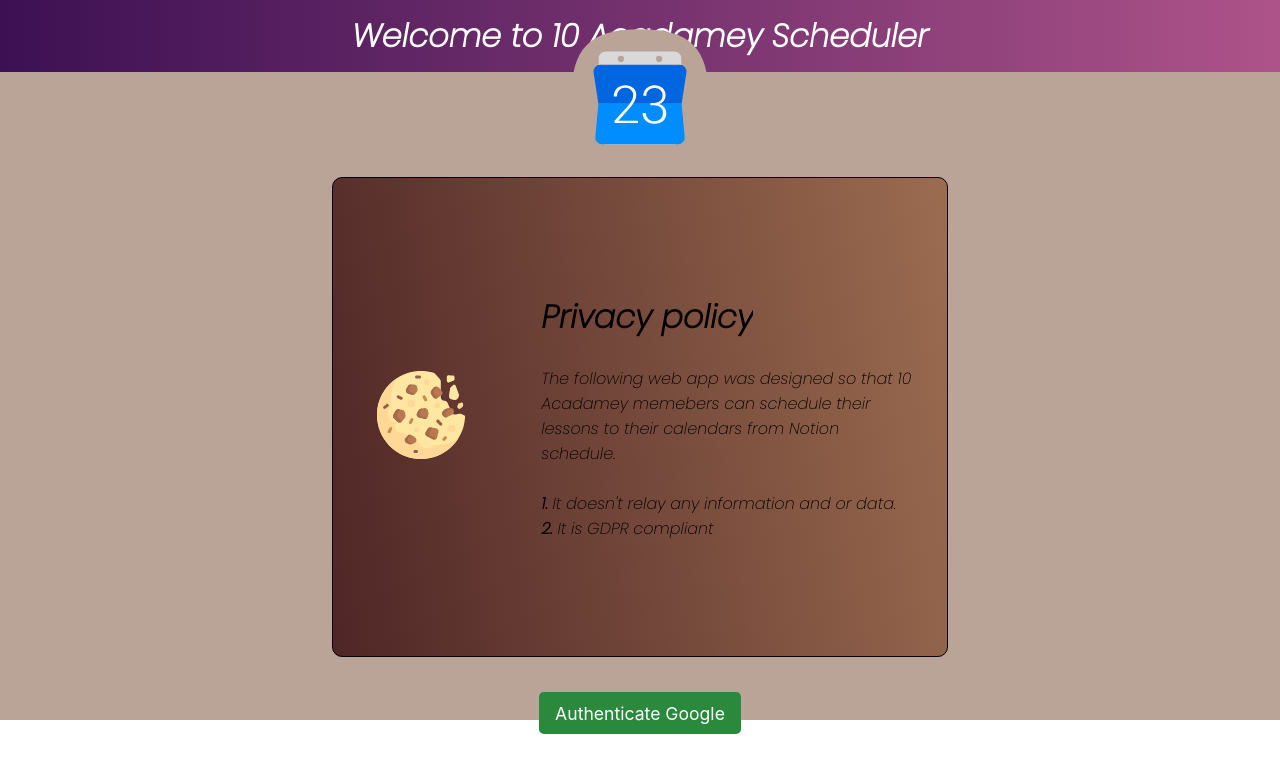
Repository: nebilarega/calendar-extractor
Page: / (app in frontend/)
An editor plug-in stored every save of this project. The page is shown before and after the next save, followed by the edit.
The browser window is 1280 px wide. The pictures show the whole page.
The project was rebuilt for these pictures with package versions that can differ from the ones it lists, and the page was loaded fresh each time.

Above is the page before, as saved 2022-08-25 00:39:49.

After the next save:
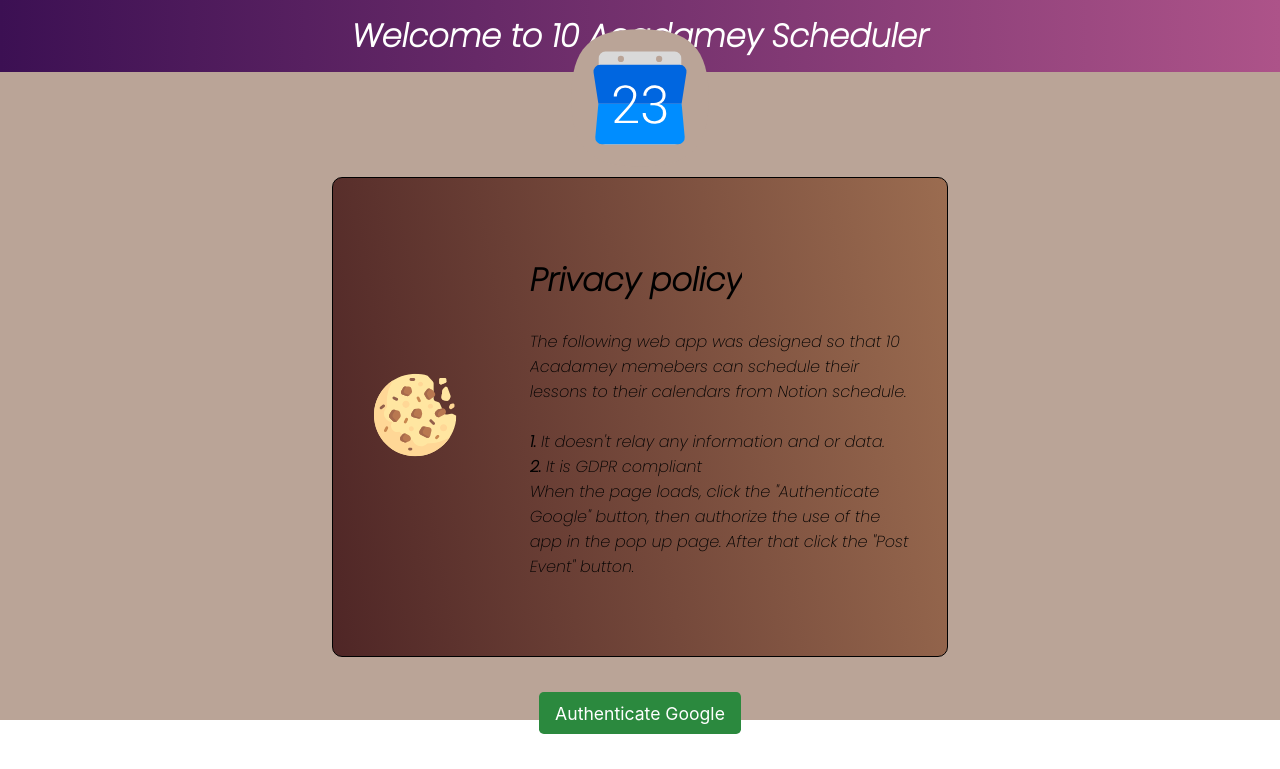
Saved 2 min 58 s later.
--- a/frontend/src/component/LandingPage.js
+++ b/frontend/src/component/LandingPage.js
@@ -264,6 +264,11 @@
               <p>
                 {" "}
                 <b>2. </b> It is GDPR compliant
+              </p>
+              <p>
+                When the page loads, click the "Authenticate Google" button,
+                then authorize the use of the app in the pop up page. After that
+                click the "Post Event" button.
               </p>
             </div>
           </div>
